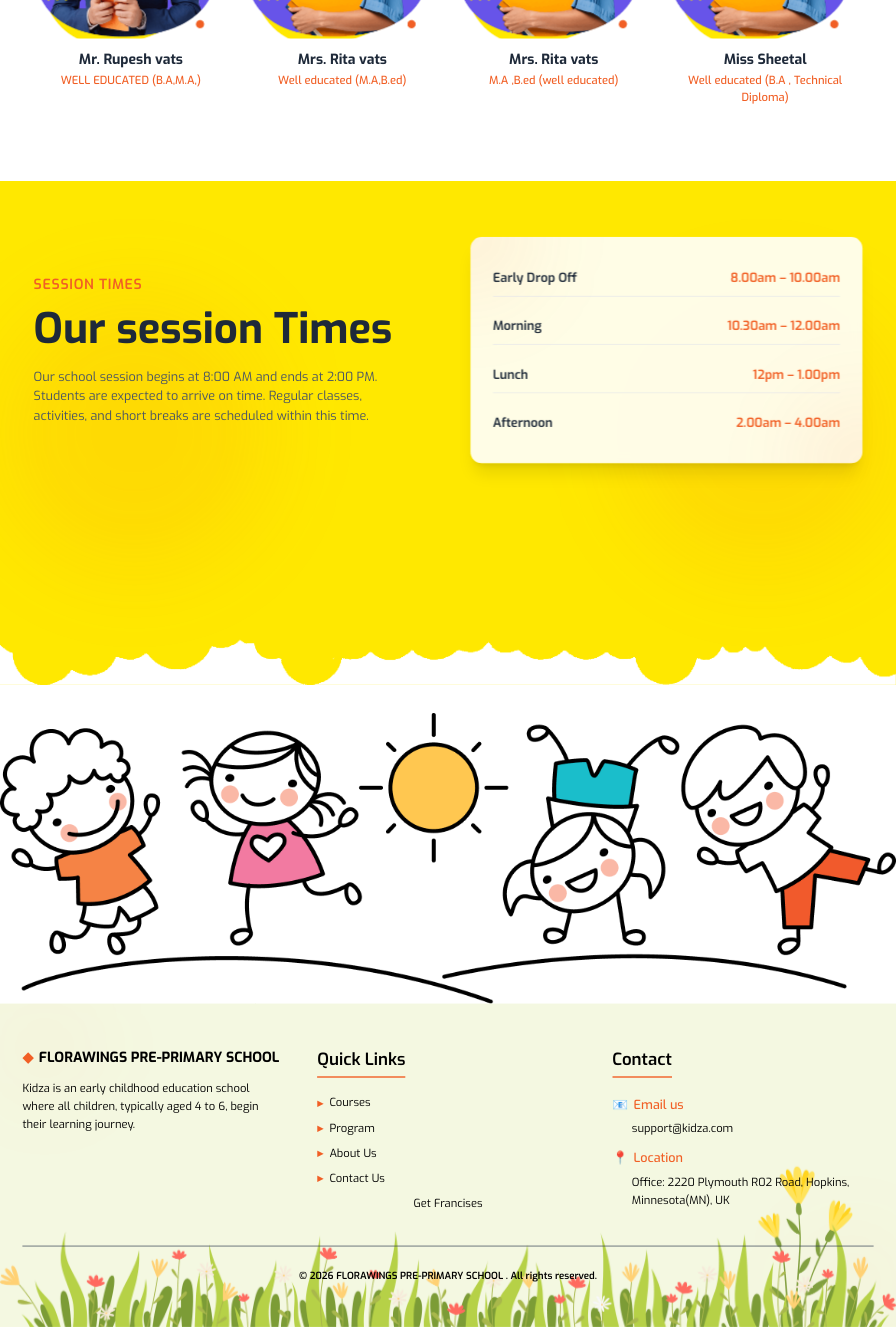
Repository: deepak445566/school
Page: / (app in okwork/)
These files come from the project's save history. The page is drawn as it stood at one moment and after the next save; the edit follows.
The browser window is 1280 px wide. The pictures show the part of the page from y = 2952 to 4872 px (the page is 4848 px tall before and 4872 px after), at 70% of full size.
Some web fonts or font styles are not loaded; a fallback is used. The project was rebuilt for these pictures with package versions that can differ from the ones it lists, and the page was loaded fresh each time. Some packages were replaced by stand-ins written for this rebuild. Also part of the build but not shown: okwork/vite.config.js.

Above is the page before, as saved 2026-02-18 20:54:05.

### okwork/index.html
<!doctype html>
<html lang="en">
  <head>
    <meta charset="UTF-8" />
    <link rel="icon" type="image/svg+xml" href="/vite.svg" />
    <meta name="viewport" content="width=device-width, initial-scale=1.0" />
    <title>okwork</title>
    <link rel="preconnect" href="https://fonts.googleapis.com">
<link rel="preconnect" href="https://fonts.gstatic.com" crossorigin>
<link href="https://fonts.googleapis.com/css2?family=Abril+Fatface&family=Alan+Sans:wght@300..900&family=Big+Shoulders:opsz,wght@10..72,100..900&family=Exo+2:ital,wght@0,100..900;1,100..900&family=Exo:ital,wght@0,100..900;1,100..900&family=Montserrat:ital,wght@0,100..900;1,100..900&family=Orbitron:wght@400..900&family=Poppins:ital,wght@0,100;0,200;0,300;0,400;0,500;0,600;0,700;0,800;0,900;1,100;1,200;1,300;1,400;1,500;1,600;1,700;1,800;1,900&family=Prata&family=Rajdhani:wght@300;400;500;600;700&display=swap" rel="stylesheet">
  </head>
  <body>
    <div id="root"></div>
    <script type="module" src="/src/main.jsx"></script>
  </body>
</html>

### okwork/src/index.css
@import "tailwindcss";


.exo {
  font-family: "Exo", sans-serif;

  font-style: normal;
}

### okwork/src/App.jsx
import React from 'react'
import Home from './components/Home'

import WhyChooseUs from './components/WhyChooseUs'
import MeetOurTeachers from './components/MeetOurTeachers'
import ScheduleSection from './components/ScheduleSection'
import AboutUs from './components/About'
import Footer from './components/Footer'

function App() {
  return (
    <>
    <Home/>
   <AboutUs/>
    <WhyChooseUs/>
    <MeetOurTeachers/>
    <ScheduleSection/>
    <Footer/>
    </>
  )
}

export default App

### okwork/src/components/Home.jsx
import React from "react";

const Home = () => {
  // Image URL - using a high-quality free image
  const imageUrl =
    "/images/hero1.png";
  const kalagiImageUrl = "/images/text.png";
  return (
    <div className="min-h-screen bg-[#F7FAE2] overflow-hidden exo relative ">
      {/* Main container - centered with responsive padding */}
      <div className="container mx-auto px-6 py-12 md:px-12 lg:px-10 min-h-screen flex items-center relative z-10">

        {/* Flex container: column on mobile, row on desktop */}
        <div className="flex flex-col md:flex-row items-center gap-12 lg:gap-5 w-full">

          {/* LEFT SECTION: 40% width */}
          <div className="w-full md:w-[45%] text-center md:text-left space-y-6 md:space-y-6">
            {/* Heading with gradient effect */}
            <h1 className="text-4xl text-gray-800 md:text-5xl lg:text-6xl font-bold leading-tight exo">
             A Happy Place to
              <br />
              <span className="text-gray-800">to Grow, Play And </span>
              <br />
              <span className="text-gray-800">   Learn</span>
            </h1>

            {/* Paragraph description */}
            <p className="text-lg md:text-lg text-gray-600 max-w-2xl mx-auto md:mx-0">
           Kindergarten is an early childhood educational environment where
most young for your children life.
            </p>

            {/* Button with hover effects */}
            <div className="flex justify-center md:justify-start">
              <button className="group relative px-8 py-4 bg-[#F15F25] text-white font-semibold rounded-xl float hover:shadow-xl hover:transform hover:-translate-y-1 transition-all duration-300 ease-in-out">
                <span className="relative z-10">Get Started Now</span>
              </button>
            </div>
          </div>

          {/* RIGHT SECTION: 60% width */}
          <div className="w-full md:w-[55%] flex justify-center md:justify-end">
            <div className="relative w-full max-w-md lg:max-w-xl ">
              {/* Main image */}
              <img
                src={imageUrl}
                alt="Team collaboration in modern workspace"
                className="relative z-10 w-full h-auto rounded-2xl object-cover "
              />
               <img
                src={kalagiImageUrl}
                alt="Decorative element"
                className="absolute bottom-0 left-7 lg:left-0 z-20 w-24 h-24 md:w-52 md:h-52 object-contain -translate-x-4 -translate-y-4 animate-bounce-slow"
              />
            </div>
          </div>
        </div>


      </div>


      {/* Add custom animation keyframes */}
       <style jsx>{`
        @keyframes blob {
          0% { transform: translate(0px, 0px) scale(1); }
          33% { transform: translate(30px, -50px) scale(1.1); }
          66% { transform: translate(-20px, 20px) scale(0.9); }
          100% { transform: translate(0px, 0px) scale(1); }
        }

        @keyframes float {
          0% {
            transform: translateY(0px);
          }
          50% {
            transform: translateY(-20px);
          }
          100% {
            transform: translateY(0px);
          }
        }

        @keyframes bounce-slow {
          0%, 100% {
            transform: translate(-1rem, -1rem) translateY(0);
          }
          50% {
            transform: translate(-1rem, -1rem) translateY(-20px);
          }
        }

        .animate-blob {
          animation: blob 7s infinite;
        }

        .animate-float {
          animation: float 6s ease-in-out infinite;
        }

        .animate-bounce-slow {
          animation: bounce-slow 4s ease-in-out infinite;
        }

        .animation-delay-2000 {
          animation-delay: 2s;
        }
      `}</style>
    </div>
  );
};

export default Home;

### okwork/src/components/MeetOurTeachers.jsx
import React from "react";

const MeetOurTeachers = () => {
  const teachers = [
    {
      name: "Mr. Rupesh vats",
      image: "/images/team2.png",
      subject: "WELL EDUCATED (B.A,M.A,)"
    },
    {
      name: "Mrs. Rita vats",
      image: "/images/team1.png",
      subject: "Well educated (M.A,B.ed)"
    },
    {
      name: "Mrs. Rita vats ",
      image: "/images/team1.png",
      subject: " M.A ,B.ed (well educated)"
    },
    {
      name: "Miss Sheetal",
      image: "/images/team1.png",
      subject: "Well educated (B.A , Technical Diploma)"
    }
  ];

  return (
    <>
    <div className="min-h-screen bg-white overflow-hidden exo py-8 sm:py-12 md:py-16 lg:py-20">
      <div className="container mx-auto px-3 sm:px-4 md:px-6 lg:px-8 xl:px-12">

        {/* Header Section */}
        <div className="text-center mb-6 sm:mb-8 md:mb-10 lg:mb-12">
          <h2 className="text-[#F15F25] text-md md:text-lg lg:text-xl font-semibold uppercase tracking-wider mb-1 sm:mb-2">
            Our Team
          </h2>
          <h1 className="text-2xl sm:text-3xl md:text-4xl lg:text-5xl xl:text-6xl font-bold text-gray-800 leading-tight px-2">
            Meet With Our Teacher
          </h1>
        </div>

        {/* Teachers Grid - Responsive grid */}
        <div className="grid grid-cols-2 sm:grid-cols-2 lg:grid-cols-4 gap-3 sm:gap-4 md:gap-5 lg:gap-6">
          {teachers.map((teacher, index) => (
            <div key={index} className="flex flex-col">
              {/* Teacher Image Container */}
              <div className="group relative bg-white rounded-xl sm:rounded-2xl overflow-hidden  transition-all duration-300 hover:-translate-y-2">
                <div className="relative overflow-hidden aspect-square">
                  <img
                    src={teacher.image}
                    alt={teacher.name}
                    className="w-full h-full object-cover  duration-500"
                  />
                  {/* Light overlay on hover */}

                </div>
              </div>

              {/* Teacher Info - Outside the card */}
              <div className="text-center mt-2 sm:mt-3 md:mt-4 px-1">
                <h3 className="text-sm sm:text-base md:text-lg lg:text-xl font-bold text-gray-800 mb-0.5 sm:mb-1">
                  {teacher.name}
                </h3>
                <p className="text-[#F15F25] text-xs sm:text-sm md:text-base font-medium">
                  {teacher.subject}
                </p>
              </div>
            </div>
          ))}
        </div>
      </div>
    </div>
    </>
  );
};

export default MeetOurTeachers;

### okwork/src/components/ScheduleSection.jsx
import React from "react";

const ScheduleSection = () => {
  return (
    <>
    <div className="min-h-screen bg-[#FFE800] overflow-hidden exo py-12 md:py-16 lg:py-20 relative ">

      {/* Background Light Effects */}
      <div className="absolute left-0 top-1/2 -translate-y-1/2 w-64 md:w-96 h-64 md:h-96 bg-[#F15F25]/10 rounded-full blur-3xl"></div>
      <div className="absolute right-0 top-1/2 -translate-y-1/2 w-64 md:w-96 h-64 md:h-96 bg-[#F15F25]/10 rounded-full blur-3xl"></div>

      <div className="container mx-auto px-4 sm:px-6 md:px-8 lg:px-10 xl:px-12 relative z-10">

        {/* Main Flex Container - Left Text, Right Schedule */}
        <div className="flex flex-col lg:flex-row items-center gap-10 lg:gap-16">

          {/* LEFT SIDE - Text Content */}
          <div className="w-full lg:w-1/2 text-center lg:text-left">
            <h2 className="text-[#F15F25] text-lg md:text-xl font-semibold uppercase tracking-wider mb-3">
              Session Times
            </h2>
            <h1 className="text-3xl sm:text-4xl md:text-5xl lg:text-6xl font-bold text-gray-800 mb-4 leading-tight">
              Our session Times
            </h1>
            <p className="text-gray-600 text-base md:text-lg max-w-lg mx-auto lg:mx-0">
             Our school session begins at 8:00 AM and ends at 2:00 PM. Students are expected to arrive on time. Regular classes, activities, and short breaks are scheduled within this time.
            </p>
          </div>

          {/* RIGHT SIDE - Schedule Cards */}
          <div className="w-full lg:w-1/2">
            <div className="bg-white/90 backdrop-blur-sm rounded-2xl p-5 md:p-6 lg:p-8 shadow-xl relative overflow-hidden">

              {/* Inner Light Effect */}
              <div className="absolute -left-20 -top-20 w-40 h-40 bg-[#F15F25]/10 rounded-full blur-3xl"></div>
              <div className="absolute -right-20 -bottom-20 w-40 h-40 bg-[#F15F25]/10 rounded-full blur-3xl"></div>

              {/* Schedule Items */}
              <div className="space-y-4 relative z-10">

                {/* Early Drop Off */}
                <div className="flex justify-between items-center py-3 border-b border-gray-200">
                  <span className="text-gray-800 font-semibold text-base md:text-lg">Early Drop Off</span>
                  <span className="text-[#F15F25] font-semibold text-base md:text-lg">8.00am – 10.00am</span>
                </div>

                {/* Morning */}
                <div className="flex justify-between items-center py-3 border-b border-gray-200">
                  <span className="text-gray-800 font-semibold text-base md:text-lg">Morning</span>
                  <span className="text-[#F15F25] font-semibold text-base md:text-lg">10.30am – 12.00am</span>
                </div>

                {/* Lunch */}
                <div className="flex justify-between items-center py-3 border-b border-gray-200">
                  <span className="text-gray-800 font-semibold text-base md:text-lg">Lunch</span>
                  <span className="text-[#F15F25] font-semibold text-base md:text-lg">12pm – 1.00pm</span>
                </div>

                {/* Afternoon */}
                <div className="flex justify-between items-center py-3">
                  <span className="text-gray-800 font-semibold text-base md:text-lg">Afternoon</span>
                  <span className="text-[#F15F25] font-semibold text-base md:text-lg">2.00am – 4.00am</span>
                </div>
              </div>
            </div>
          </div>
        </div>
      </div>
      <div className=" absolute bottom-0  z-1000">
          <img src="/images/hero-line.png" className="w-full"/>
        </div>

    </div>

     <div className=" mt-10">
        <img src="/images/newsletter1.png" alt="Newsletter" className="w-full h-full object-cover" />
      </div>
      </>
  );
};

export default ScheduleSection;

### okwork/src/components/About.jsx
import React from 'react';

// Import images
import aboutImage from '/public/images/about-1.png';
import aboutBG from '/public/images/about-bg-1.png';
import aboutCounter from '/public/images/ab-counter.png';
import bulbIcon from '/public/images/tubelight.png';
import starIcon from '/public/images/star.png';
import frame from '/public/images/frame.png';

const AboutUs = () => {
  return (
    <div className="max-w-7xl py-5 md:py-16 relative">

      {/* Floating decorative icons */}
      <div className="absolute top-40 left-100 animate-pulse">
        <img src={bulbIcon} alt="bulb" className="w-24 h-24 opacity-50" />
      </div>
      <div className="absolute bottom-20 right-12 animate-pulse">
        <img src={frame} alt="star" className="w-14 h-20 opacity-50" />
      </div>
      <div className="absolute top-40 right-20 animate-spin-slow">
        <img src={starIcon} alt="star" className="w-12 h-12 opacity-40" />
      </div>
      <div className="absolute bottom-40 left-20 animate-float">
        <img src={bulbIcon} alt="bulb" className="w-14 h-14 opacity-40" />
      </div>

      <div className="flex flex-col lg:flex-row gap-8 lg:gap-12 items-center relative z-10 m-12">

        {/* Left side image */}
        <div className="lg:w-1/2 w-full relative">
          <img
            src={aboutBG}
            alt="Background"
            className="absolute inset-0 w-full h-full object-fill -z-10 pt-40"
          />

          <img
            src={aboutImage}
            alt="Florawings School"
            className="w-full h-auto rounded-lg object-cover relative z-10"
          />

          {/* Experience badge */}
          <div className="absolute -bottom-6 -right-6 md:bottom-4 md:right-4 z-20 animate-float-side">
            <div className="relative">
              <img
                src={aboutCounter}
                alt="Experience"
                className="w-28 h-28 md:w-52 md:h-52 object-contain"
              />
              <div className="absolute inset-0 flex flex-col items-center justify-center text-white">
                <span className="text-4xl md:text-5xl font-bold leading-none">10+</span>
                <span className="text-sm md:text-base font-medium mt-1">Years Experience</span>
              </div>
            </div>
          </div>
        </div>

        {/* Right content - No padding on right side */}
        <div className="lg:w-1/2 w-full space-y-6 exo ">
          {/* ^^^ Added pr-0 to remove right padding */}

          <span className="text-sm font-semibold text-white tracking-wider bg-[#6754E9] px-4 py-1.5 rounded-full inline-block">
            About Florawings
          </span>

          <h1 className="text-4xl md:text-5xl font-bold text-gray-900 leading-tight mt-5">
            Nurturing Young Minds with Care, Learning & Discipline
          </h1>

          <p className="text-gray-600 text-base md:text-lg leading-relaxed">
            Florawings Pre-Primary School focuses on early childhood development through Montessori,
            play-way learning, hands-on activities and child-centered education. We aim to build strong
            academic foundations, confidence, creativity, and discipline from kindergarten to primary level.
          </p>

          {/* School strengths */}
          <div className="grid grid-cols-1 sm:grid-cols-2 gap-y-6 gap-x-10 pt-4">
            {[
              "Montessori & Play-Way Learning",
              "Child Safety & Discipline",
              "Hands-on Activity Based Education",
              "Creative & Caring Environment"
            ].map((item,i)=>(
              <div key={i} className="flex items-center gap-3">
                <div className="w-7 h-7 rounded-full bg-[#6C63FF] flex items-center justify-center flex-shrink-0">
                  <svg className="w-4 h-4 text-white" fill="none" stroke="currentColor" viewBox="0 0 24 24">
                    <path strokeLinecap="round" strokeLinejoin="round" strokeWidth={3} d="M5 13l4 4L19 7" />
                  </svg>
                </div>
                <span className="text-gray-700 text-lg font-medium">{item}</span>
              </div>
            ))}
          </div>

          <a
            href="#"
            className="inline-flex items-center gap-2 text-lg font-semibold text-white bg-[#F15F25] px-6 py-3 rounded-xl shadow-lg hover:shadow-xl transition-all duration-300"
          >
            Online Admission →
          </a>
        </div>
      </div>

      {/* animations */}
      <style jsx>{`
        @keyframes spin-slow {
          from { transform: rotate(0deg); }
          to { transform: rotate(360deg); }
        }
        .animate-spin-slow { animation: spin-slow 8s linear infinite; }

        @keyframes float {
          0%,100%{transform:translateY(0)}50%{transform:translateY(-20px)}
        }
        .animate-float { animation: float 5s ease-in-out infinite; }

        @keyframes float-side {
          0%{transform:translateX(-10px)}50%{transform:translateX(10px)}100%{transform:translateX(-10px)}
        }
        .animate-float-side { animation: float-side 4s ease-in-out infinite; }
      `}</style>
    </div>
  );
};

export default AboutUs;

### okwork/src/components/Footer.jsx
import React from 'react';

const Footer = () => {
  return (
    <footer className="bg-[#F4F8E1] exo text-white py-12 md:py-16 overflow-hidden relative">
      {/* Decorative Elements */}
      <div className="absolute top-0 left-0 w-32 h-32 bg-[#F15F25]/5 rounded-full blur-3xl"></div>
      <div className="absolute bottom-0 right-0 w-32 h-32 bg-[#F15F25]/5 rounded-full blur-3xl"></div>

      <div className="container mx-auto px-4 sm:px-6 lg:px-8 relative z-10">

        {/* Main Footer Grid */}
        <div className="grid grid-cols-1 md:grid-cols-2 lg:grid-cols-3 gap-8 lg:gap-12">

          {/* Column 1 - Kidza Info */}
          <div className="space-y-4">
            <h2 className="text-lg md:text-xl font-bold text-black flex items-center gap-2">
              <span className="text-[#F15F25]">◆</span> FLORAWINGS PRE-PRIMARY SCHOOL
            </h2>
            <p className="text-black text-sm md:text-base leading-relaxed">
              Kidza is an early childhood education school where all children,
              typically aged 4 to 6, begin their learning journey.
            </p>

          </div>

          {/* Column 2 - Quick Links */}
          <div className="space-y-4">
            <h3 className="text-xl md:text-2xl font-semibold text-black border-b-2 border-[#F15F25] pb-2 inline-block">
              Quick Links
            </h3>
            <div className="flex flex-col space-y-3 pt-2 text-black">
              <a href="#" className=" hover:text-[#F15F25] transition-colors text-sm md:text-base flex items-center gap-2">
                <span className="text-[#F15F25] text-xs">▶</span> Courses
              </a>
              <a href="#" className=" hover:text-[#F15F25] transition-colors text-sm md:text-base flex items-center gap-2">
                <span className="text-[#F15F25] text-xs">▶</span> Program
              </a>
              <a href="#" className=" hover:text-[#F15F25] transition-colors text-sm md:text-base flex items-center gap-2">
                <span className="text-[#F15F25] text-xs">▶</span> About Us
              </a>
              <a href="#" className=" hover:text-[#F15F25] transition-colors text-sm md:text-base flex items-center gap-2">
                <span className="text-[#F15F25] text-xs">▶</span> Contact Us
              </a>
              <button>Get Francises</button>
            </div>
          </div>



          {/* Column 4 - Contact Info */}
          <div className="space-y-4">
            <h3 className="text-xl md:text-2xl font-semibold text-black border-b-2 border-[#F15F25] pb-2 inline-block">
              Contact
            </h3>

            {/* Email */}
            <div className="space-y-2 pt-2">
              <h4 className="text-[#F15F25] font-medium text-base md:text-lg flex items-center gap-2">
                <span>📧</span> Email us
              </h4>
              <a href="mailto:support@kidza.com" className="text-black hover:text-[#F15F25] transition-colors text-sm md:text-base break-all pl-7">
                support@kidza.com
              </a>
            </div>

            {/* Location */}
            <div className="space-y-2">
              <h4 className="text-[#F15F25] font-medium text-base md:text-lg flex items-center gap-2">
                <span>📍</span> Location
              </h4>
              <p className="text-black text-sm md:text-base leading-relaxed pl-7">
                Office: 2220 Plymouth R02 Road, Hopkins, Minnesota(MN), UK
              </p>
            </div>
          </div>
        </div>



        {/* Bottom Bar */}
        <div className="border-t border-gray-700 mt-8 md:mt-12 pt-6 md:pt-8 text-center text-black text-xs md:text-sm font-semibold">
          <p>&copy; {new Date().getFullYear()} FLORAWINGS PRE-PRIMARY SCHOOL . All rights reserved.</p>
        </div>
      </div>
      <div className='absolute bottom-0 left-0 w-full'>
        <img src='/images/bg-bottom.png' className='w-full '/>
      </div>
    </footer>
  );
};

export default Footer;

Loaded but not shown: okwork/src/main.jsx (common file); okwork/src/components/WhyChooseUs.jsx (128 lines, source omitted)

After the next save:
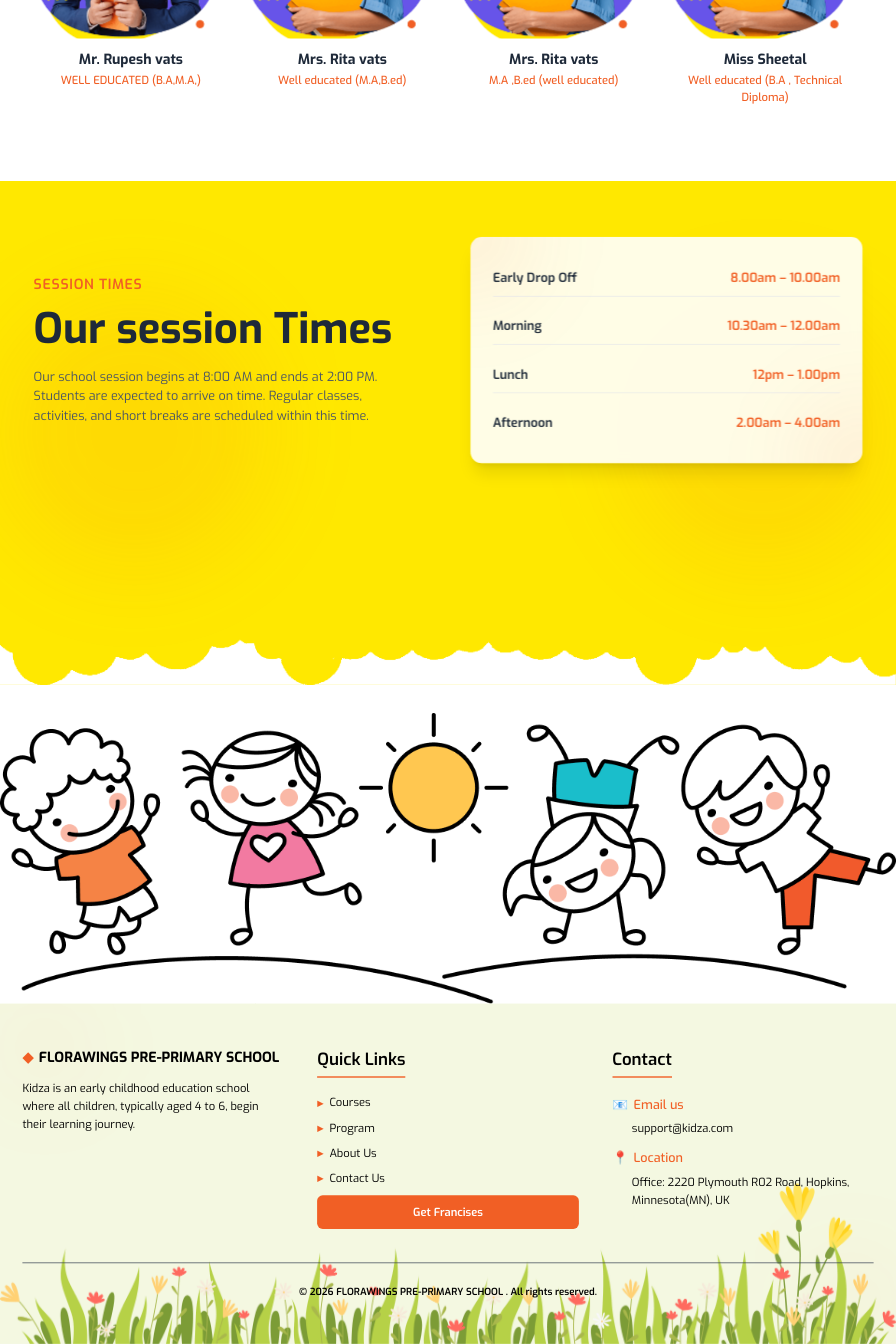
Saved 16 s later.
--- a/okwork/src/components/Footer.jsx
+++ b/okwork/src/components/Footer.jsx
@@ -42,7 +42,9 @@ const Footer = () => {
               <a href="#" className=" hover:text-[#F15F25] transition-colors text-sm md:text-base flex items-center gap-2">
                 <span className="text-[#F15F25] text-xs">▶</span> Contact Us
               </a>
-              <button>Get Francises</button>
+            <button className="bg-[#F15F25] text-white px-6 py-3 rounded-lg font-semibold hover:bg-[#d44e1e] transition-colors">
+  Get Francises
+</button>
             </div>
           </div>
 
